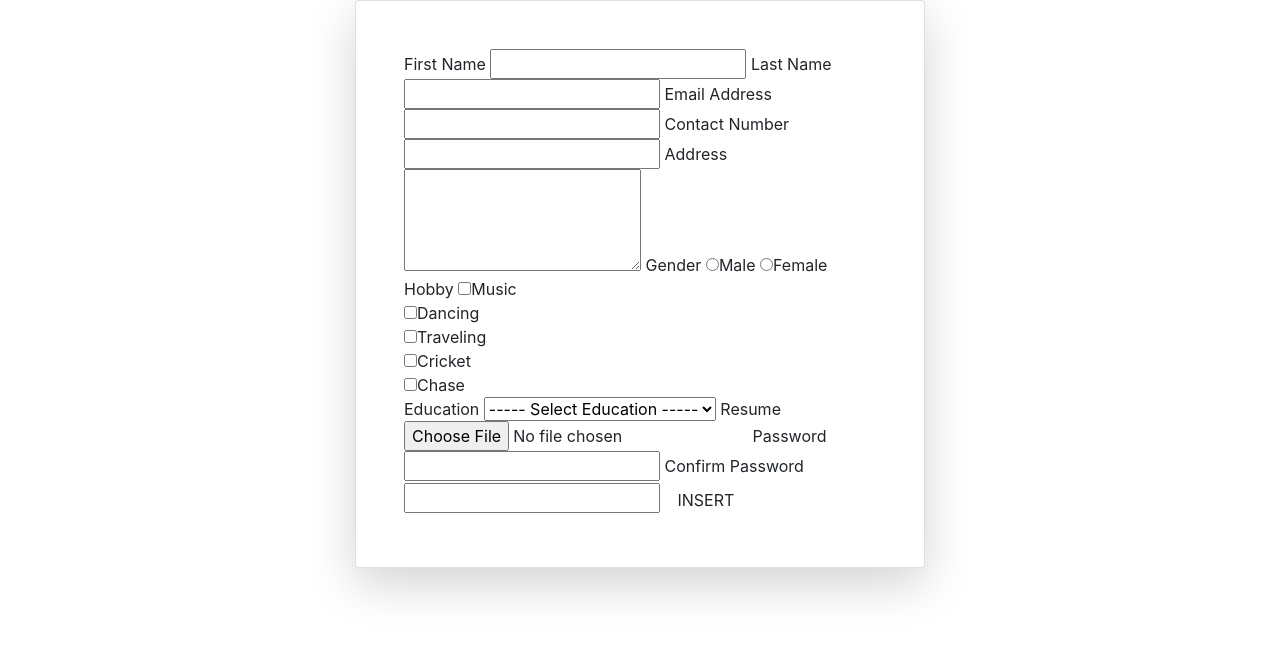
Repository: dhiren1618/OCT-JAVA-2023
Page: http://localhost/AdvancedJava/bootstrap.jsp
An editor plug-in stored every save of this project. The page is shown before and after the next save, followed by the edit.
The browser window is 1280 px wide. The pictures show the whole page.
The page is served by Tomcat 9.

Above is the page before, as saved 2024-06-15 10:53:16.

After the next save:
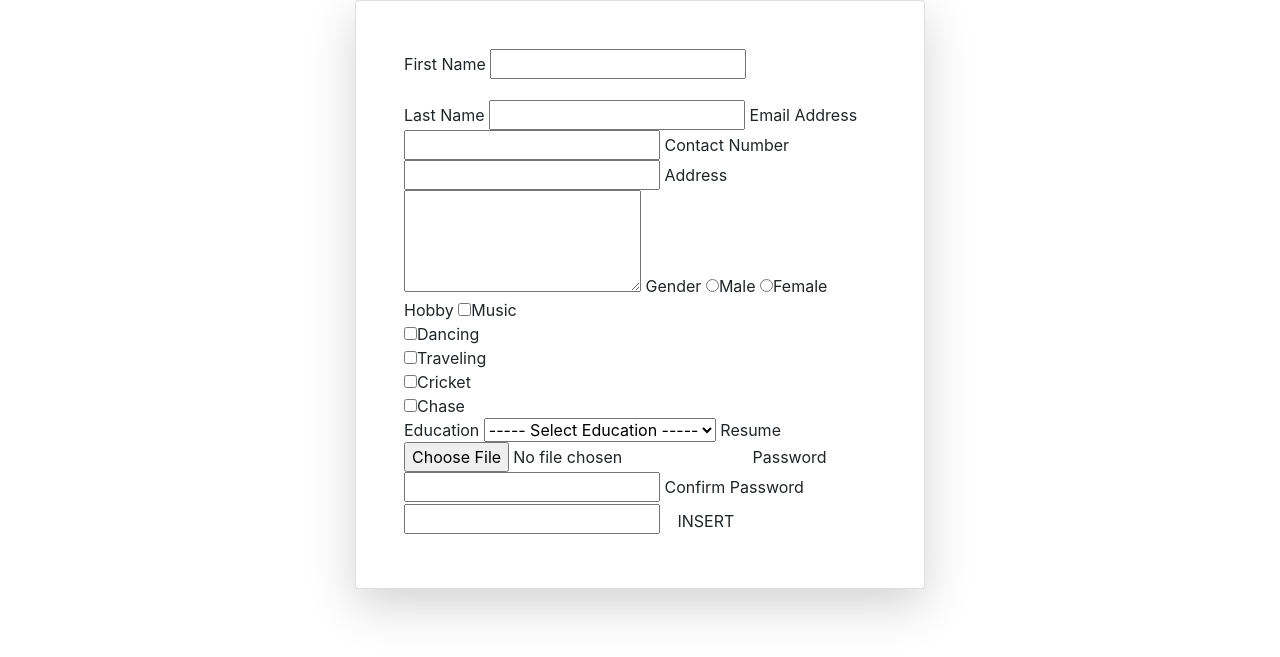
Saved 39 s later.
--- a/AdvancedJava/src/main/webapp/bootstrap.jsp
+++ b/AdvancedJava/src/main/webapp/bootstrap.jsp
@@ -21,12 +21,11 @@
 	<form action="" method="post" name="insert">
 
 
-
-
-				First Name
+				<div class="form-group">
+				<label>First Name</label>
 				<input id="fname" type="text" name="fname" onblur="validateFirstName();">
 				<span id="error_fname" style="color: red;"></span>
-
+				</div>
 
 			<tr>
 				<td>Last Name</td>
